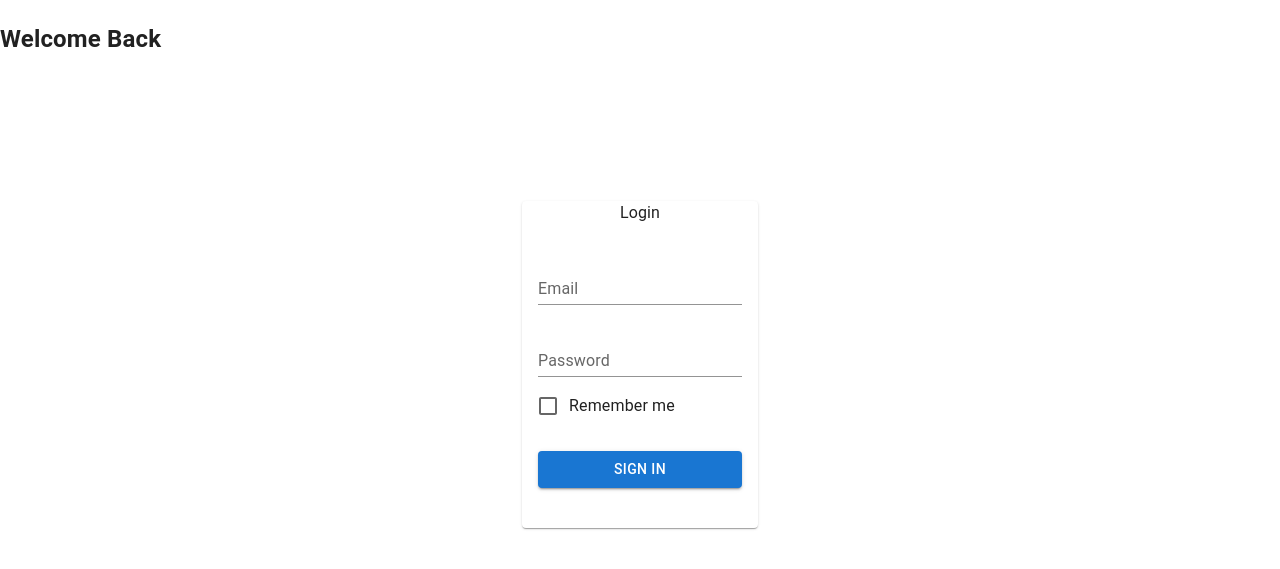
Repository: NGHIAVN1/Note
Page: /
An editor plug-in stored every save of this project. The page is shown before and after the next save, followed by the edit.
The browser window is 1280 px wide. The pictures show the whole page.
The project was rebuilt for these pictures with package versions that can differ from the ones it lists, and the page was loaded fresh each time. Also part of the build but not shown: vite.config.js, src/Register.jsx, src/Pet.jsx, src/useBreedList.jsx, src/SearchParams.jsx.

Above is the page before, as saved 2024-03-05 18:44:51.

### src/index.html
<!DOCTYPE html>
<html lang="en">

<head>
  <meta charset="UTF-8">
  <meta name="viewport" content="width=device-width, initial-scale=1.0">
  <meta http-equiv="X-UA-Compatible" content="ie=edge">
  <title>Adopt Me</title>
</head>

<body>
  <div id="root">not rendered</div>
  <script type="module" src="./App.jsx">
    // Your code is going to go here

  </script>
</body>

</html>

### src/App.jsx
import React from "react";
import "./Register";
import "./LoginPages";
import "./SearchParams";
import { createRoot } from "react-dom/client";
import SearchParams from "./SearchParams";
import RegisterUser from "./Register";
import LoginPage from "./LoginPages";

const App = () => {
  return (
    <div>
      <h1></h1>
      <h2>Welcome Back</h2>
      <LoginPage />
    </div>
  );
};

const container = document.getElementById("root");
const root = createRoot(container);
root.render(React.createElement(App));

### src/LoginPages.jsx
import {
  CardContent,
  CardHeader,
  CssBaseline,
  TextField,
  Typography,
} from "@mui/material";
import Container from "@mui/material/Container";
import Card from "@mui/material/Card";
import { dark } from "@mui/material/styles/createPalette";
import Box from "@mui/material/Box";
import FormControlLabel from "@mui/material/FormControlLabel";
import Button from "@mui/material/Button";
import Checkbox from "@mui/material/Checkbox";
import Grid from "@mui/material/Grid";
// const defaultTheme = createTheme();
const LoginPage = () => {
  return (
    <div>
      <Container component="main" maxWidth="xs">
        <CssBaseline />
        <Box
          sx={{
            marginTop: 8,
            display: "flex",
            flexDirection: "column",
            alignItems: "center",
          }}
        >
          <Card
            sx={{
              margin: 10,
              display: "flex",
              flexDirection: "column",
              alignItems: "center",
            }}
          >
            <Typography sx={{ frontSize: 20 }} color={dark}>
              Login
            </Typography>
            <Box component="form" submit>
              <CardContent>
                <TextField
                  variant="standard"
                  label="Email"
                  fullWidth
                  margin="normal"
                  id="password"
                />
                <TextField
                  variant="standard"
                  id="password"
                  label="Password"
                  fullWidth
                  margin="normal"
                />
                <FormControlLabel
                  control={<Checkbox value="remember" color="primary" />}
                  label="Remember me"
                />
                <Button
                  type="submit"
                  fullWidth
                  variant="contained"
                  sx={{ mt: 3, mb: 2 }}
                >
                  Sign In
                </Button>
              </CardContent>
            </Box>
          </Card>
        </Box>
      </Container>
    </div>
  );
};
export default LoginPage;

After the next save:
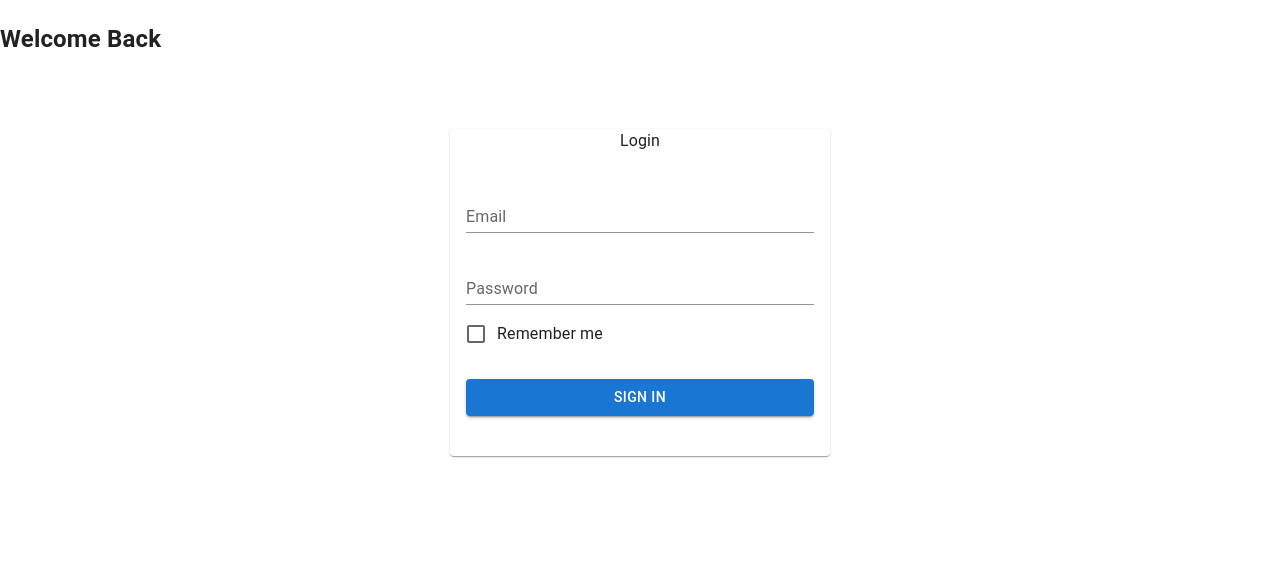
Saved 8 s later.
--- a/src/LoginPages.jsx
+++ b/src/LoginPages.jsx
@@ -29,7 +29,7 @@ const LoginPage = () => {
         >
           <Card
             sx={{
-              margin: 10,
+              margin: 1,
               display: "flex",
               flexDirection: "column",
               alignItems: "center",
